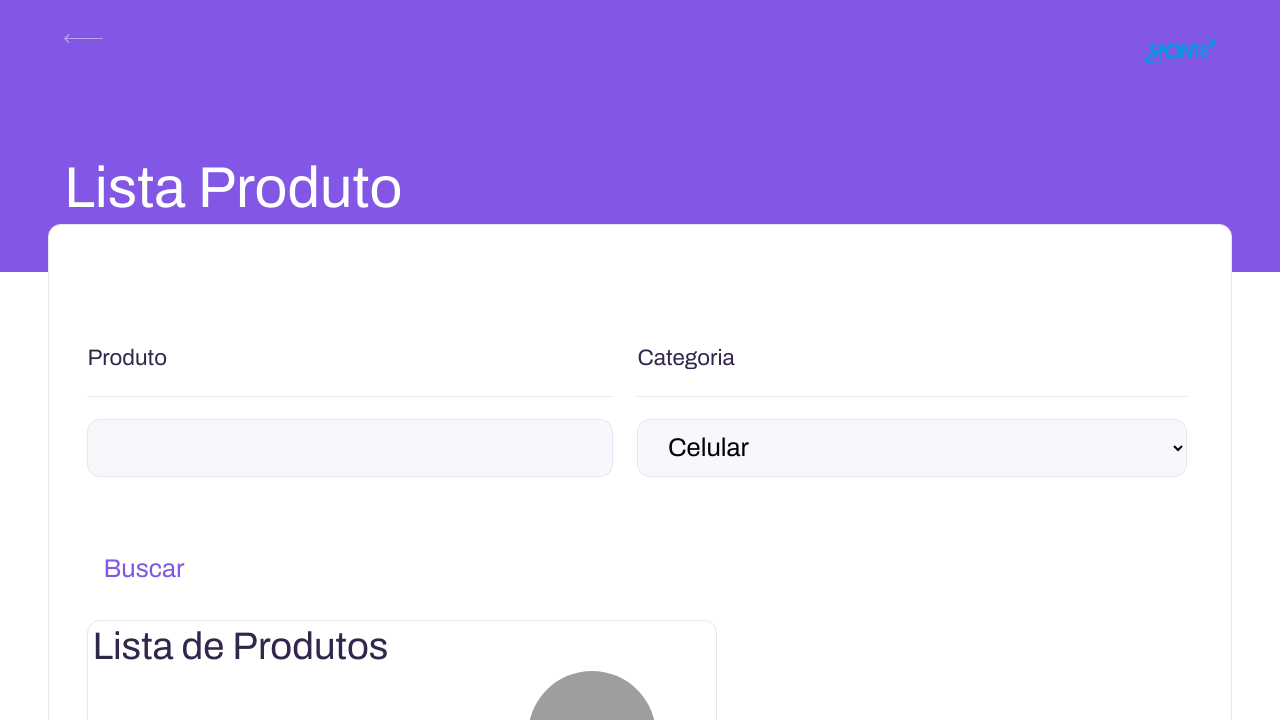
Repository: Henrique-Hoi-Dev/avalia-o-front-end
Page: /list (app in web/)
These files come from the project's save history. The page is drawn as it stood at one moment and after the next save; the edit follows.
The browser window is 1280 px wide. The pictures show the whole page.
Pictures or frames that could not be fetched are drawn as grey boxes. An inner scrolling area shows only its first screen. The project was rebuilt for these pictures with package versions that can differ from the ones it lists, and the page was loaded fresh each time. Also part of the build but not shown: web/src/pages/Home/styles.js, web/src/pages/Home/index.js, web/src/services/api.js, web/src/pages/RegistrationProduct/styles.js, web/src/components/HeaderRecord/styles.js, web/src/components/HeaderRecord/index.js, web/src/pages/RegistrationProduct/Avatarinput/styles.js, web/src/pages/RegistrationProduct/Avatarinput/index.js and 1 more.

Above is the page before, as saved 2020-09-02 21:45:58.

### web/public/index.html
<!DOCTYPE html>
<html lang="en">
  <head>
    <meta charset="utf-8" />
    <link rel="icon" href="%PUBLIC_URL%/favicon.ico" />
    <meta name="viewport" content="width=device-width, initial-scale=1" />
    <meta name="theme-color" content="#000000" />
    <meta
      name="description"
      content="Web site created using create-react-app"
    />
    <link
      href="https://fonts.googleapis.com/css2?family=Archivo:ital,wght@0,400;1,700&family=Poppins&display=swap"
      rel="stylesheet"
    />

    <title>Controle de estoque</title>
  </head>
  <body>
    <noscript>You need to enable JavaScript to run this app.</noscript>
    <div id="root"></div>
  </body>
</html>

### web/src/App.js
import React from 'react';
import Routes from './routes';

import GlobalStyle from './styles/global';

function App() {
  return (
    <>
      <Routes />
      <GlobalStyle />
    </>
  );
}

export default App;

### web/src/routes.js
import React from 'react';
import { BrowserRouter, Route } from 'react-router-dom';

import Home from './pages/Home';
import ListProduct from './pages/ListProduct';
import RegistrationProduct from './pages/RegistrationProduct';

function Routes() {
  return (
    <BrowserRouter>
      <Route path="/" exact component={Home} />
      <Route path="/list" component={ListProduct} />
      <Route path="/record-product" component={RegistrationProduct} />
    </BrowserRouter>
  );
}

export default Routes;

### web/src/styles/global.js
import { createGlobalStyle } from 'styled-components';

export default createGlobalStyle`


  * {
    margin: 0;
    padding: 0;
    outline: 0;
    border: 0;
    box-sizing: border-box;
  }
  html, body, #root {
    height: 100%;
    overflow-x: hidden;
  }


  body {
    background: linear-gradient(-70deg #f0f0f7);
    -webkit-font-smoothing: antialiased !important;

  }

  body, input, button {

    font-size: 14px;
    font-family: 'Roboto', sans-serif;
  }

  button {
    cursor: pointer;
  }

  :root {

  --color-background: #f0f0f7;
  --color-primary-lighter: #9871f5;
  --color-primary-light: #916bea;
  --color-primary: #8257e5;
  --color-primary-dark: #774dd6;
  --color-primary-darker: #6842c2;
  --color-secundary: #04d361;
  --color-secundary-dark: #04bf58;
  --color-title-in-primary: #ffffff;
  --color-text-in-primary: #d4c2ff;
  --color-text-title: #32264d;
  --color-text-complement: #9c98a6;
  --color-text-base: #6a6180;
  --color-line-in-white: #e6e6f0;
  --color-input-background: #f8f8fc;
  --color-button-text: #ffffff;
  --color-box-base: #ffffff;
  --color-box-footer: #fafafc;
}
`;

### web/src/pages/ListProduct/index.js
import React from 'react';
import * as Yup from 'yup';

import Header from '../../components/HeaderList';
import { FcEmptyTrash } from 'react-icons/fc';
import { Formik, Field, Form } from 'formik';
import { Container } from './styles';

const schema = Yup.object().shape({
  product: Yup.string()
    .required('! Este compo é obrigatório.')
    .max(100, '! No máximo 100 caracteres'),
  categoria: Yup.string().required('! Este compo é obrigatório.'),
});

function ListProduct() {
  function onSubmit(values) {
    console.log(values);
  }
  return (
    <Container>
      <Header />
      <div className="header-main">
        <Formik
          onSubmit={onSubmit}
          validationSchema={schema}
          validateOnBlur
          initialValues={{
            product: '',
            categoria: 'celular',
          }}
          render={({ values, errors }) => (
            <Form className="form-input">
              <div id="header-busca" className="header-title">
                <div className="buscar">
                  <label htmlFor="product">Produto</label>
                  <Field name="product" type="text" />
                  <span>{errors.product}</span>
                </div>

                <div className="categoria">
                  <label htmlFor="categoria">Categoria</label>
                  <Field nome="categoria" component="select">
                    <option value="celular">Celular</option>
                    <option value="tvs">Tvs</option>
                    <option value="notbook">Notbook</option>
                    <option value="acessorios">Acessórios</option>
                  </Field>
                </div>
              </div>
              <button type="submit">Buscar</button>

              <table className="table-list">
                <thead className="table-title">
                  <td>Lista de Produtos</td>
                </thead>
                <tbody>
                  <tr>
                    <td>Produto</td>
                    <td>Descrição do produto</td>
                    <img src="https://github.com/Henrique-Hoi-Dev" />
                    <button>
                      <FcEmptyTrash />
                    </button>
                  </tr>
                  <tr>
                    <td>Produto 2</td>
                    <td>blaqweqwe qweqwe</td>
                  </tr>
                </tbody>
              </table>
            </Form>
          )}
        />
      </div>
    </Container>
  );
}

export default ListProduct;

### web/src/components/HeaderList/index.js
import React from 'react';
import { Link } from 'react-router-dom';

import { PageHeader } from './styles';
import backIcon from '../../assets/back.svg';
import logo from '../../assets/logo.png';

function HeaderList() {
  return (
    <PageHeader>
      <div className="header">
        <Link to="/">
          <img src={backIcon} alt="voltar" />
        </Link>
        <img src={logo} alt="voltar" />
      </div>

      <div className="header-content">
        <h2>Lista Produto</h2>
      </div>
    </PageHeader>
  );
}

export default HeaderList;

### web/src/pages/ListProduct/styles.js
import styled from 'styled-components';
import { darken } from 'polished';

export const Container = styled.div`
  width: 100vw;
  height: 100vh;

  .header-main {
    background: var(--color-box-base);
    width: 100%;
    max-width: 74rem;
    border: 0.1rem solid var(--color-line-in-white);
    border-radius: 0.8rem;
    margin: -3rem auto 3.2rem;
    padding-top: 6.4rem;
    overflow: hidden;
  }

  input,
  select {
    width: 100%;
    height: 3.6rem;
    border-radius: 0.8rem;
    background: var(--color-input-background);
    border: 1px solid var(--color-line-in-white);
    outline: 0;
    padding: 0 1.6rem;
    font: 1.6rem Archivo;
  }

  .form-input {
    border: 0;
    padding: 0 2.4rem;
    margin-top: 0.1rem;

    button {
      background: none;
      border: 0;
      margin: 1rem;
      color: var(--color-primary);
      font: 700 1.6rem Archivo;
      cursor: pointer;
      transition: color 0.2s;

      &:hover {
        color: ${darken(0.03, '#6842c2')};
      }
    }
  }
  .header-title span {
    color: #ff0000;
    align-self: flex-start;
    margin: 0 0 10px;
    font-weight: bold;
  }

  label {
    font: 700 1.4rem Archivo;
    color: var(--color-text-title);
    margin-bottom: 1.4rem;
    margin-top: 1rem;
    display: flex;
    align-items: center;
    justify-content: space-between;
    width: 100%;
    padding-bottom: 1.6rem;
    border-bottom: 1px solid var(--color-line-in-white);
  }
  main {
    margin: 3.2rem auto;
    width: 90%;
  }
  .table-list {
    background: var(--color-box-base);
    border: 1px solid var(--color-line-in-white);
    border-radius: 0.8rem;
    margin-top: 1.4rem;

    thead {
      font: 700 2.4rem Archivo;
      display: block;
      color: var(--color-text-title);
    }

    tbody {
      margin-left: 2.4rem;
    }
    img {
      width: 8rem;
      height: 8rem;
      border-radius: 50%;
    }
  }

  @media (min-width: 1100px) {
    #header-busca {
      max-width: 1100px;

      display: grid;
      grid-template-columns: 1fr 1fr;
      grid-template-rows: 210px;
      grid-template-areas: 'buscar categoria ';
    }

    .buscar {
      grid-area: buscar;
      margin-right: 1.5rem;
    }

    .categoria {
      grid-area: categoria;
    }
  }
`;

### web/src/components/HeaderList/styles.js
import styled from 'styled-components';

export const PageHeader = styled.div`
  display: flex;
  flex-direction: column;
  background-color: var(--color-primary);

  .header {
    width: 90%;
    margin: 0 auto;
    display: flex;
    justify-content: space-between;
    align-items: center;
    color: var(--color-text-in-primary);
    padding: 1.6rem 0;

    a {
      height: 3.2rem;
      transition: opacity 0.2s;

      :hover {
        opacity: 0.6;
      }
    }

    img {
      height: 1.6rem;
    }
  }

  .header-content {
    width: 90%;
    margin: 0 auto;
    position: relative;
    margin: 3.2rem auto;

    a {
      font: 700 3.6rem Archivo;
      line-height: 4.2rem;
      color: var(--color-title-in-primary);
    }

    h2 {
      font: 700 3.6rem Archivo;
      line-height: 4.2rem;
      color: var(--color-title-in-primary);
    }
  }
`;

Loaded but not shown: web/src/index.js (common file)

After the next save:
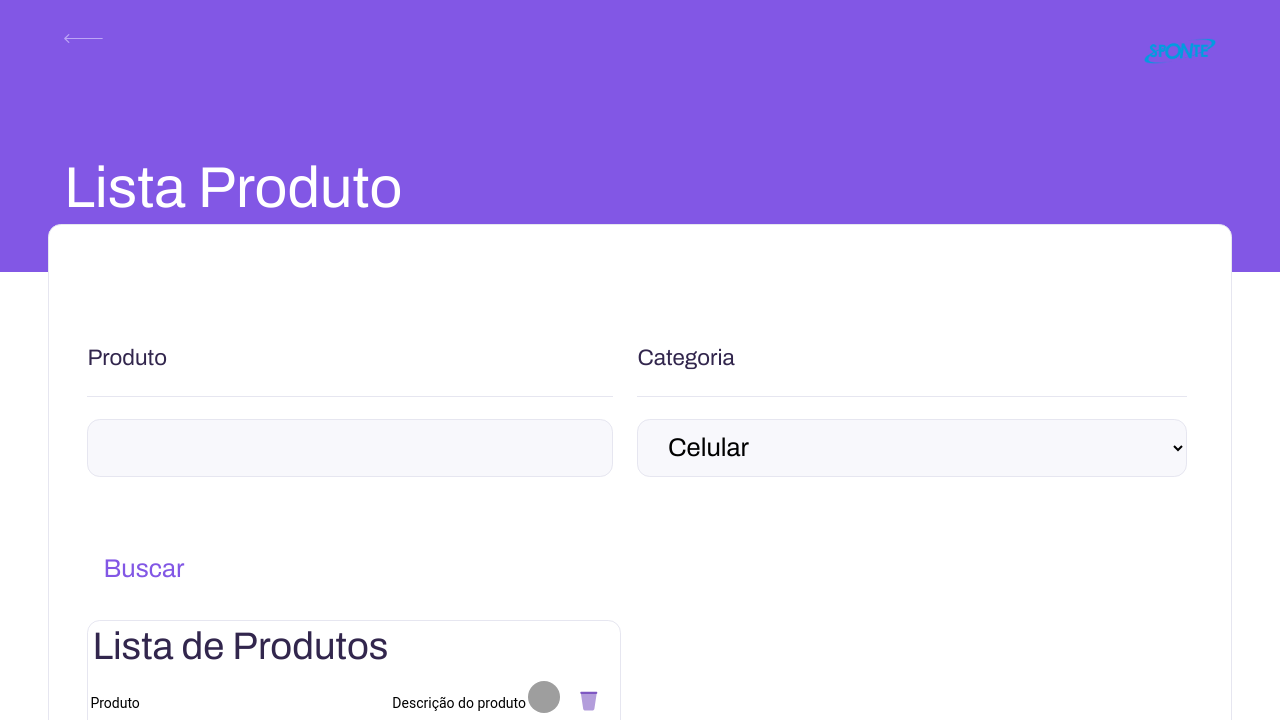
Saved 30 s later.
--- a/web/src/pages/ListProduct/styles.js
+++ b/web/src/pages/ListProduct/styles.js
@@ -85,9 +85,10 @@ export const Container = styled.div`
     tbody {
       margin-left: 2.4rem;
     }
+
     img {
-      width: 8rem;
-      height: 8rem;
+      width: 2rem;
+      height: 2rem;
       border-radius: 50%;
     }
   }
